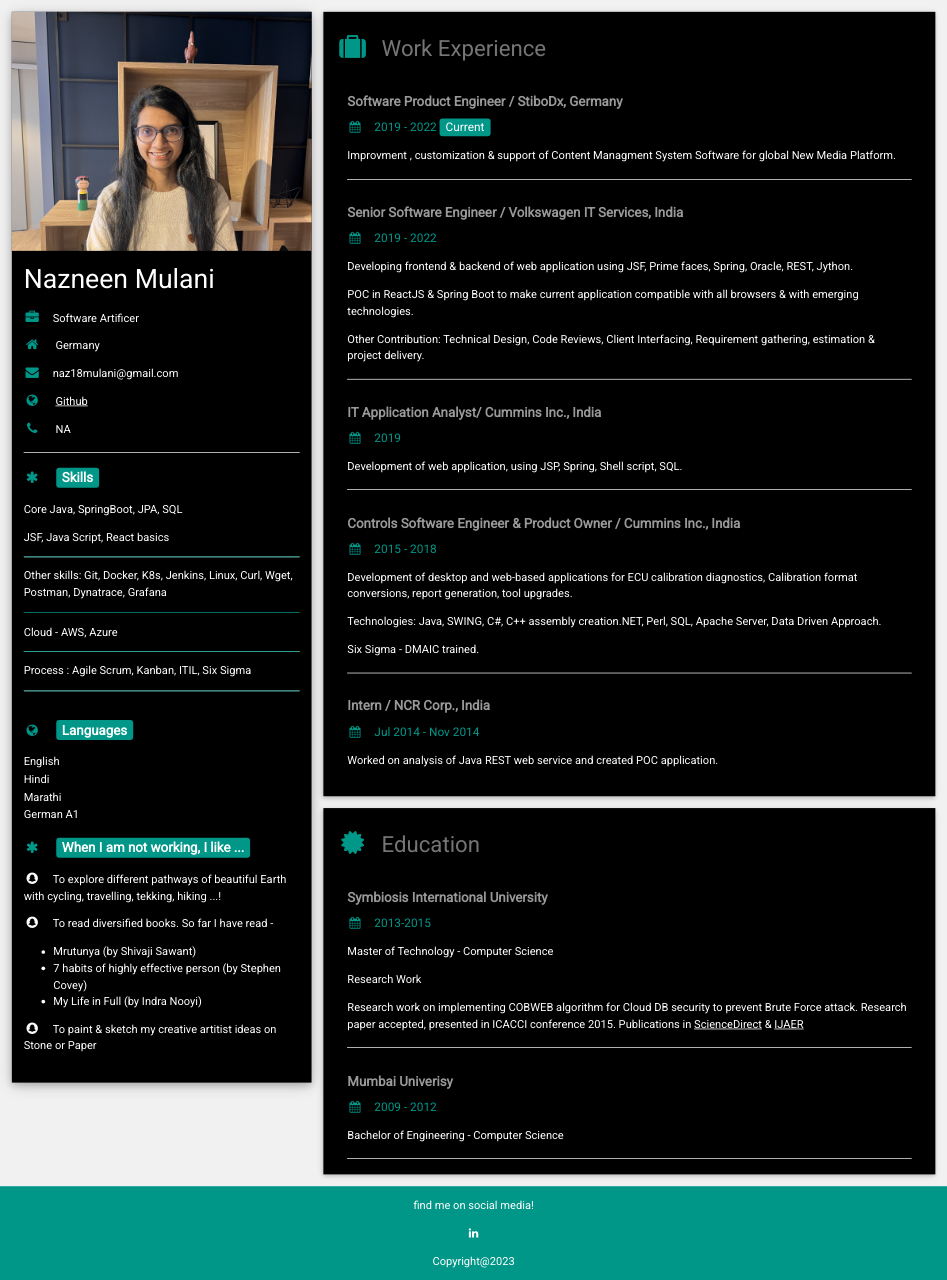
Repository: nazneenprojects/nazneen.github.io
Page: index.html
An editor plug-in stored every save of this project. The page is shown before and after the next save, followed by the edit.
The browser window is 1280 px wide. The pictures show the whole page, at 74% of full size.

Above is the page before, as saved 2023-07-09 12:15:22.

After the next save:
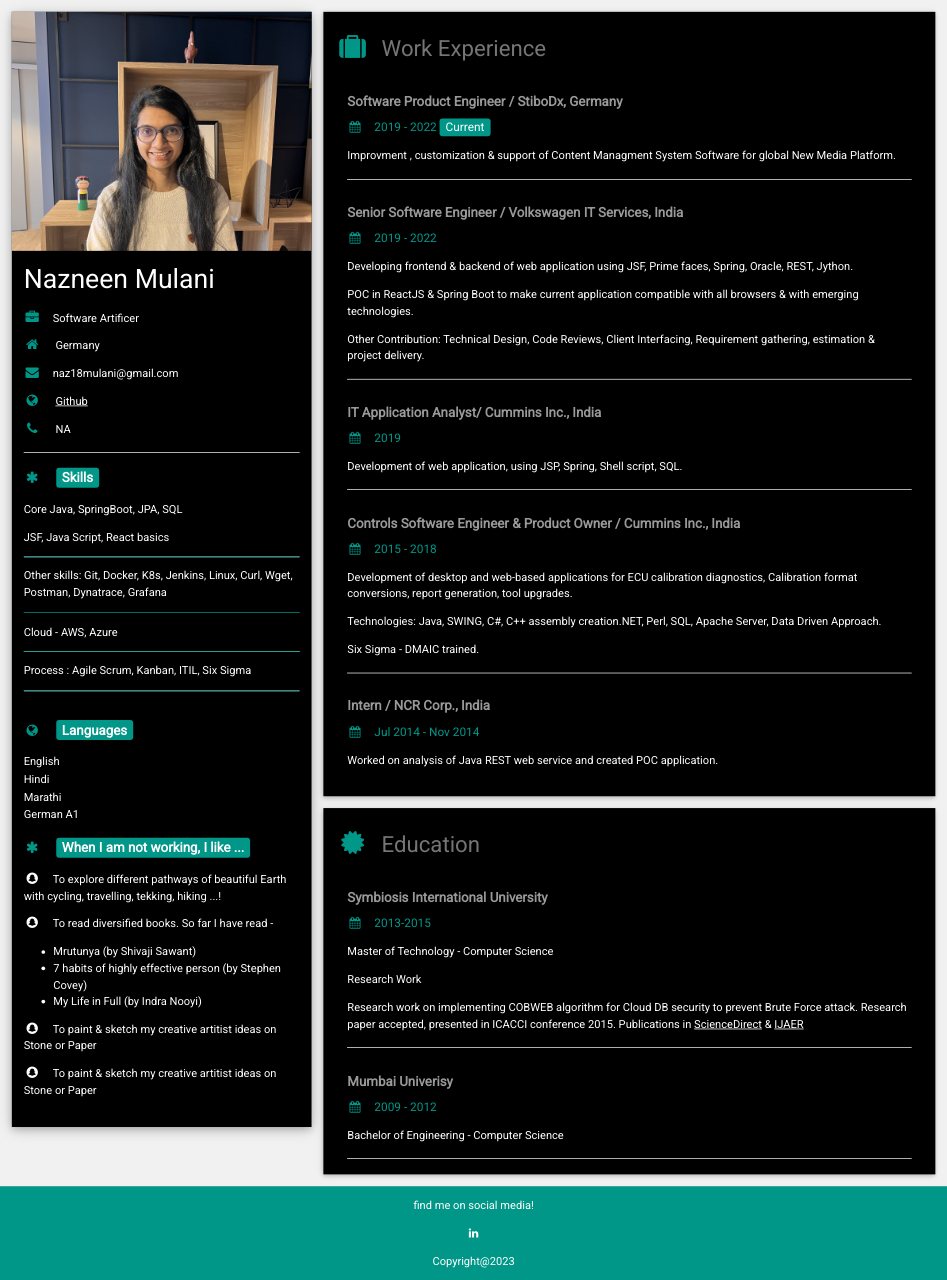
Saved 15 s later.
--- a/index.html
+++ b/index.html
@@ -91,6 +91,7 @@
             </ul>
           </div>
 
+          <p><i class="fa fa-snapchat fa-fw w3-margin-right w3-large w3-text-white"></i>To paint & sketch my creative artitist ideas on Stone or Paper   </p>
           <p><i class="fa fa-snapchat fa-fw w3-margin-right w3-large w3-text-white"></i>To paint & sketch my creative artitist ideas on Stone or Paper   </p>
           <br>
         </div>
